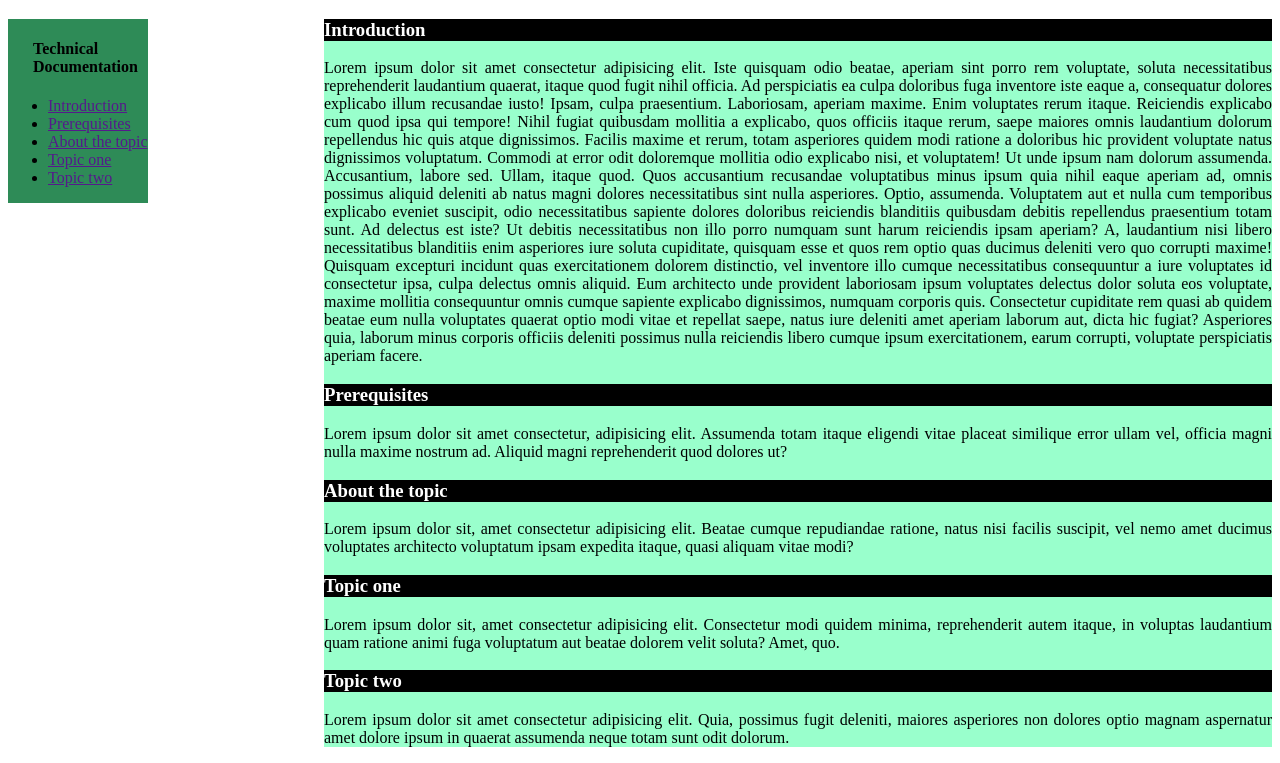
Repository: JoaoLemesDEV/Excercise-Tech-Documentation-Page
Page: index.html
An editor plug-in stored every save of this project. The page is shown before and after a run of saves, followed by the edit.
The browser window is 1280 px wide. The pictures show the whole page.

Above is the page before, as saved 2021-10-03 20:10:13.

After the next 2 saves:
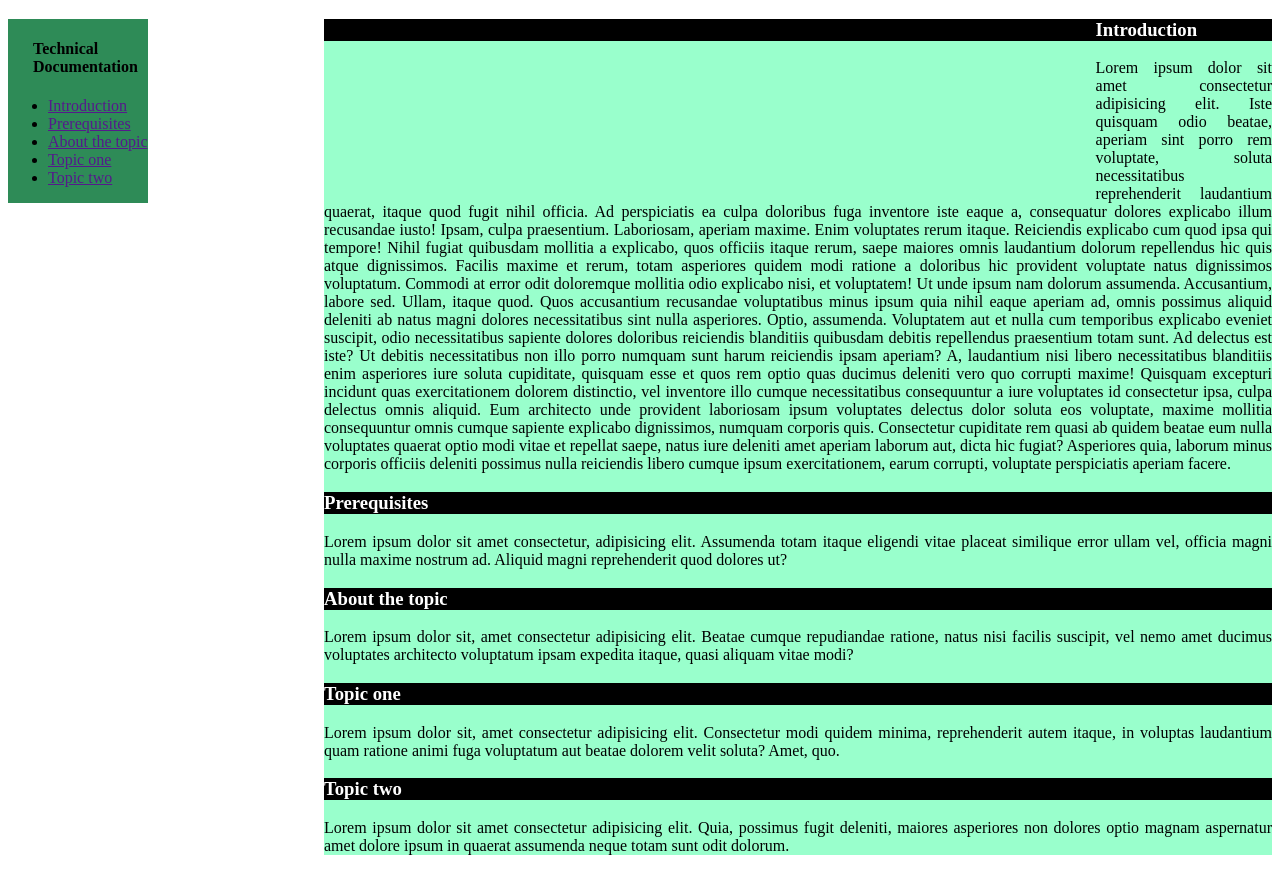
The 2 saves are shown as one change because they came seconds apart.
The last was saved 9 s later.
--- a/index.css
+++ b/index.css
@@ -1,7 +1,7 @@
 #menu{
 float: left;
 background-color: seagreen;
-margin
+margin-right: 75%;
 }
 
 #menu h4{
